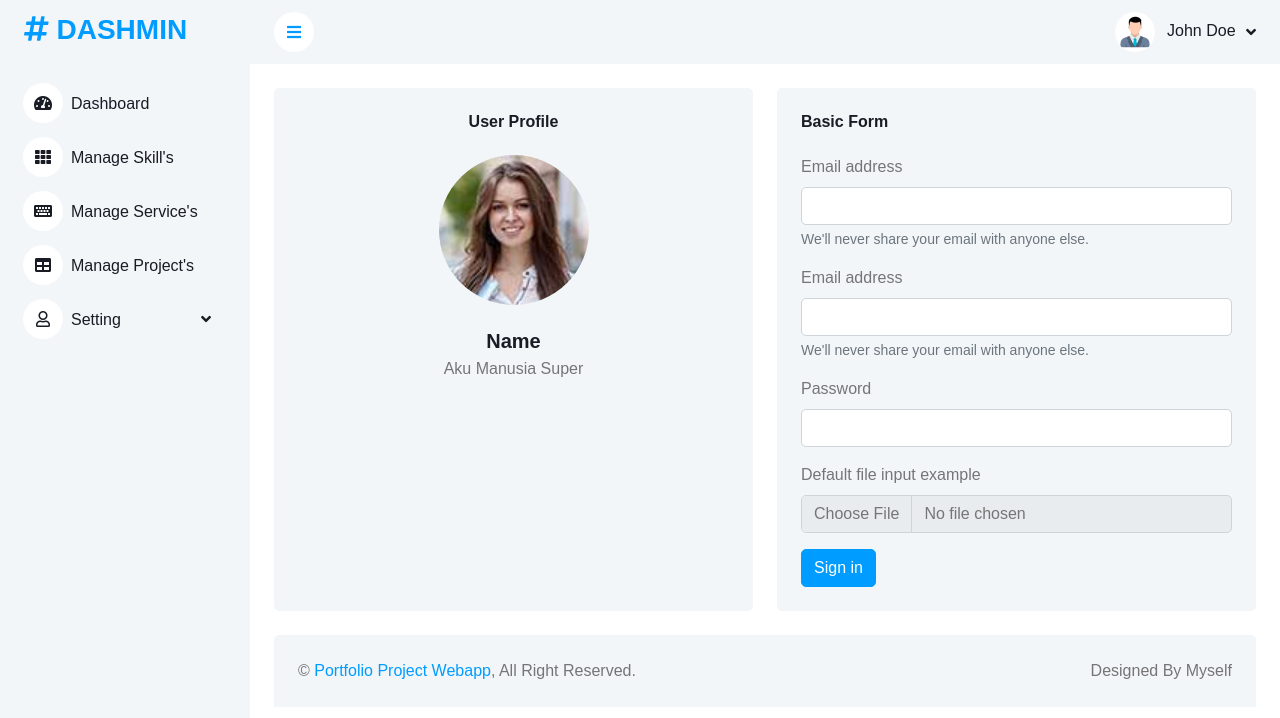
Repository: h4fizm/management-portfolio-project-webapp
Page: http://localhost/profile
These files come from the project's save history. The page is drawn as it stood at one moment and after the next save; the edit follows.
The browser window is 1280 px wide. The pictures show the whole page.
Some web fonts or font styles are not loaded; a fallback is used. Some web libraries are served in a nearby version. The page is served by the project's Laravel application, run on PHP 8.4 with Laravel 12. A made-up administrator, Test User (test@example.com), is signed in.

Above is the page before, as saved 2025-01-15 03:07:48.
Console error: TypeError: Cannot read properties of undefined (reading 'getContext')

After the next save:
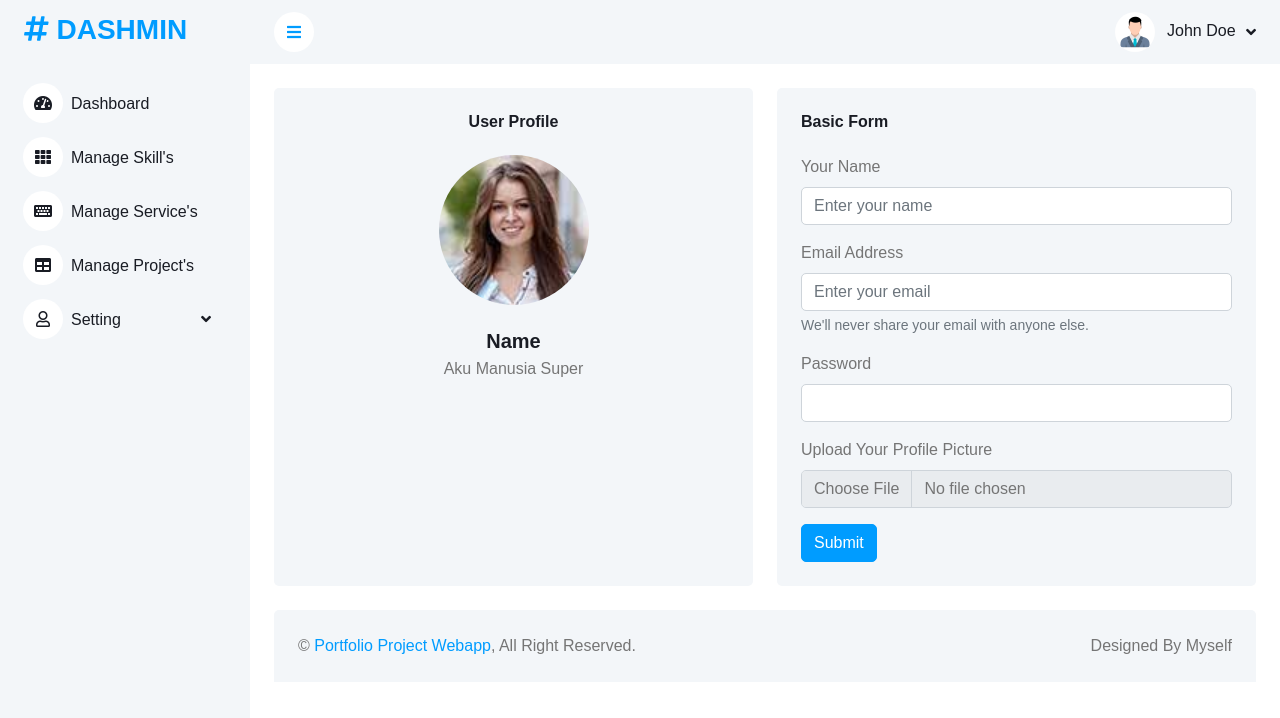
Saved 89 s later.
--- a/resources/views/menu/profile.blade.php
+++ b/resources/views/menu/profile.blade.php
@@ -22,27 +22,33 @@
             <div class="bg-light rounded h-100 p-4">
                 <h6 class="mb-4">Basic Form</h6>
                 <form>
+                    <!-- Input Nama -->
                     <div class="mb-3">
-                        <label for="exampleInputEmail1" class="form-label">Email address</label>
-                        <input type="email" class="form-control" id="exampleInputEmail1"
-                            aria-describedby="emailHelp">
+                        <label for="exampleInputName" class="form-label">Your Name</label>
+                        <input type="text" class="form-control" id="exampleInputName" name="name" placeholder="Enter your name">
+                    </div>
+
+                    <!-- Input Email -->
+                    <div class="mb-3">
+                        <label for="exampleInputEmail" class="form-label">Email Address</label>
+                        <input type="email" class="form-control" id="exampleInputEmail" name="email" placeholder="Enter your email">
                         <div id="emailHelp" class="form-text">We'll never share your email with anyone else.</div>
                     </div>
-                    <div class="mb-3">
-                        <label for="exampleInputEmail1" class="form-label">Email address</label>
-                        <input type="email" class="form-control" id="exampleInputEmail1"
-                            aria-describedby="emailHelp">
-                        <div id="emailHelp" class="form-text">We'll never share your email with anyone else.</div>
-                    </div>
+
+                    <!-- Input Password -->
                     <div class="mb-3">
                         <label for="exampleInputPassword1" class="form-label">Password</label>
-                        <input type="password" class="form-control" id="exampleInputPassword1">
+                        <input type="password" class="form-control" id="exampleInputPassword1" name="password">
                     </div>
+
+                    <!-- Input File -->
                     <div class="mb-3">
-                        <label for="formFile" class="form-label">Default file input example</label>
-                        <input class="form-control" type="file" id="formFile">
+                        <label for="formFile" class="form-label">Upload Your Profile Picture</label>
+                        <input class="form-control" type="file" id="formFile" name="profile_picture">
                     </div>
-                    <button type="submit" class="btn btn-primary">Sign in</button>
+
+                    <!-- Submit Button -->
+                    <button type="submit" class="btn btn-primary">Submit</button>
                 </form>
             </div>
         </div>
